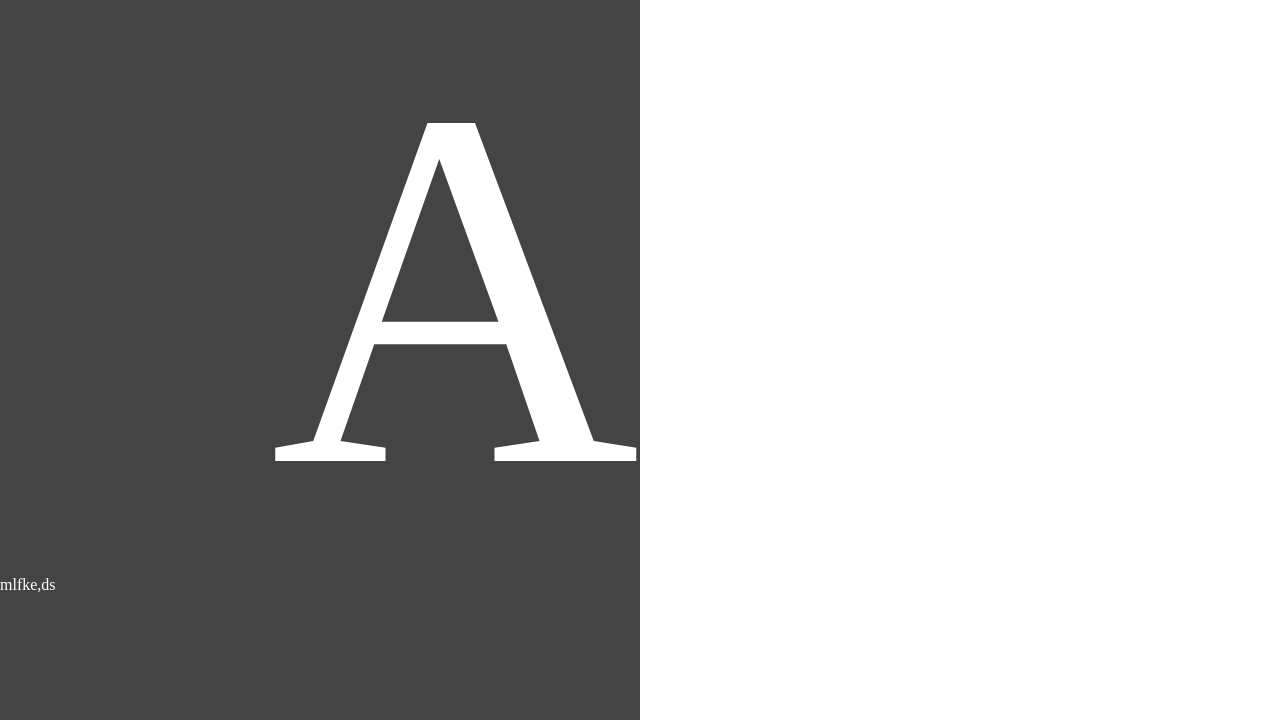
Repository: Norlan-20/Fabien-Neon
Page: index.html
An editor plug-in stored every save of this project. The page is shown before and after the next save, followed by the edit.
The browser window is 1280 px wide. The pictures show the whole page.

Above is the page before, as saved 2021-06-19 19:06:19.

### index.html
<!DOCTYPE html>
<html lang="en">
<head>
    <meta charset="UTF-8">
    <meta http-equiv="X-UA-Compatible" content="IE=edge">
    <meta name="viewport" content="width=device-width, initial-scale=1.0">
    <link rel="stylesheet" href="./assets/css/style.css">
    <title>Fabien AMOUSSOU</title>
</head>
<body>
    <div id="first">
        <div>
            <span>A</span>
        </div>
        <div>
            mlfke,ds
        </div>
    </div>
    <div id="second">

    </div>
</body>
</html>

### assets/css/style.css
* {
    margin: 0;
    padding: 0;
    box-sizing: border-box;
}

html,body {
    width: 100%;
    height: 100%;
}

/* Body full code */

body {
    display: flex;
    flex-direction: row;
}

body > div {
    width: 50%;
    color: #FFFF;
    display: flex;
    flex-direction: column;
}

/* ====================================================== */
/* ====================================================== */
/* ====================================================== */
/* ====================Body div code===================== */
/* ====================================================== */
/* ====================================================== */
/* ====================================================== */

/* ====================================================== */
/* ====================First div code===================== */
/* ====================================================== */


#first {
    background-color: #444;
    overflow-x: hidden;
}

#first > div:first-child {
    height: 80%;
    display: flex;
    flex-direction: column;
    justify-content: center;
    align-items: flex-end;
}

#first > div:first-child span {
    font-size: 40vw;
}

After the next save:
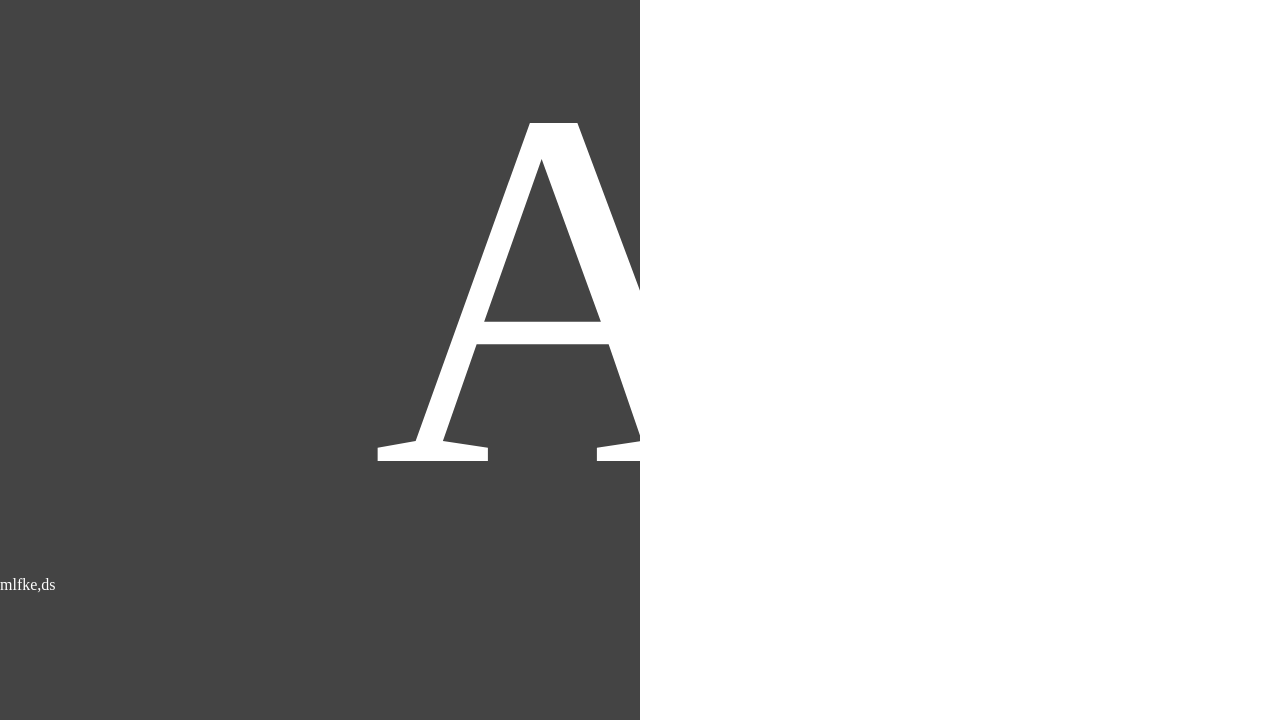
Saved 61 s later.
--- a/assets/css/style.css
+++ b/assets/css/style.css
@@ -47,8 +47,11 @@
     flex-direction: column;
     justify-content: center;
     align-items: flex-end;
+    position: relative;
 }
 
 #first > div:first-child span {
     font-size: 40vw;
+    position: relative;
+    right: -8vw;
 }
